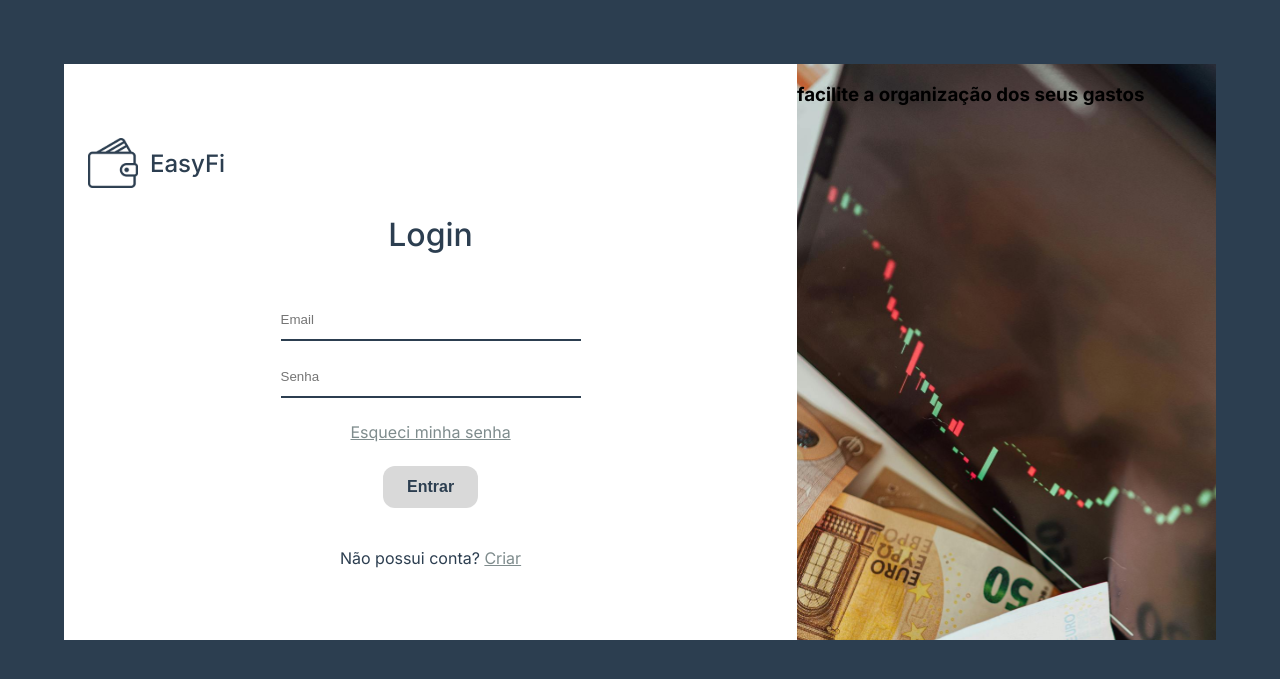
Repository: Ingridiag/projeto-engenharia
Page: login.html
The author's editor kept a copy of each file at every save. The page is drawn from the files as they stood at one save, then again after the next save.
The browser window is 1280 px wide. The pictures show the whole page.

Above is the page before, as saved 2024-10-28 17:11:43.

After the next save:
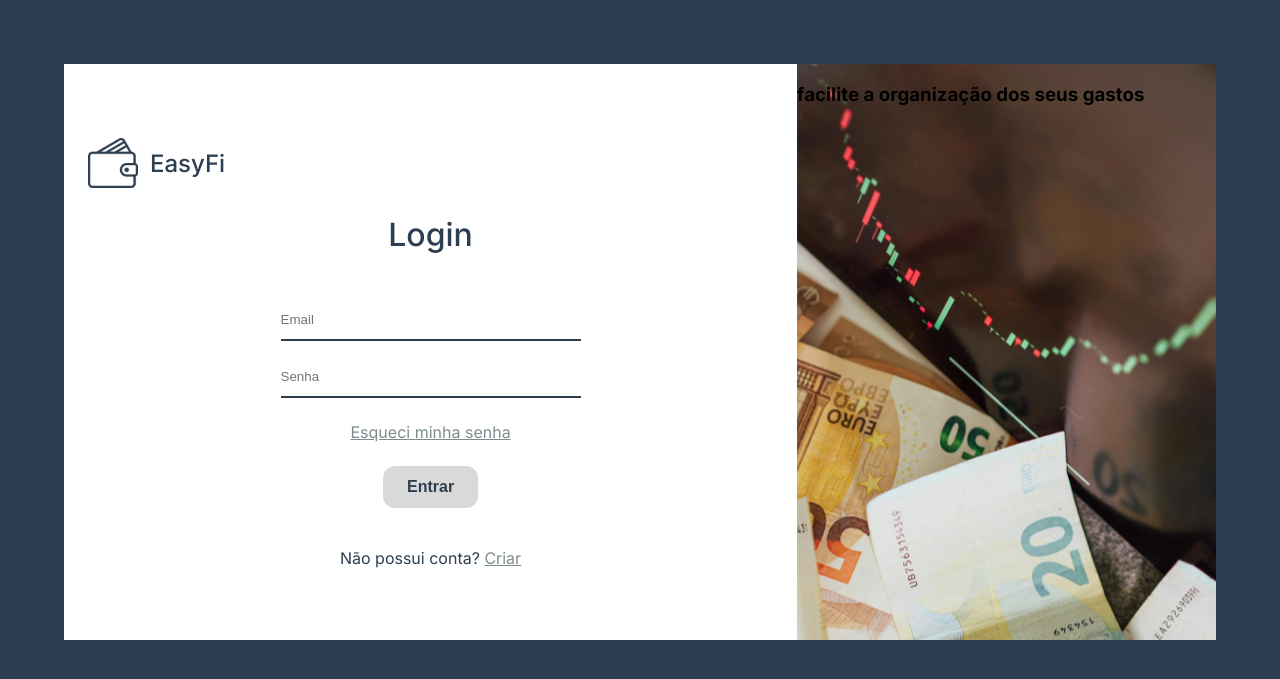
Saved 5 s later.
--- a/style.css
+++ b/style.css
@@ -102,7 +102,7 @@ body {
   width: 40%;
   height: 80vh;
   background-image: url( imagens/imagem_background.svg);
- background-position: ;
+ background-position: 50% ;
 }
 
 .cadastro {
